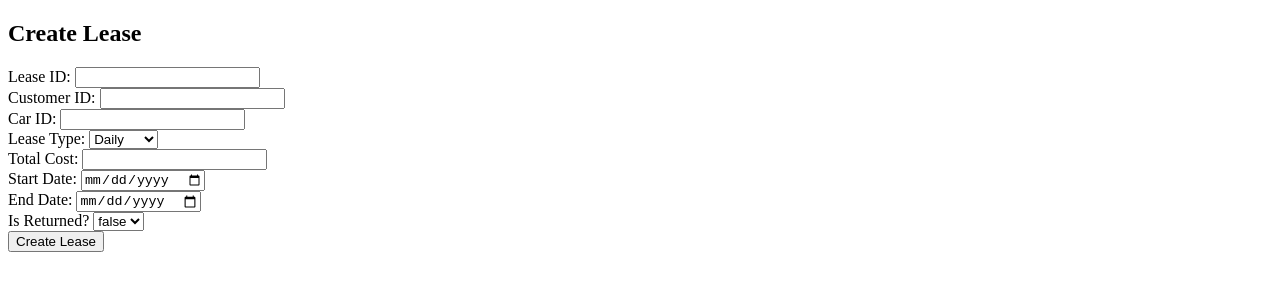
Repository: NirmalyaSatapathy/NirmalyaSatapathyProjects
Page: CarRental/CarRental/src/main/webapp/createLease.html
These files come from the project's save history. The page is drawn as it stood at one moment and after the next save; the edit follows.
The browser window is 1280 px wide. The pictures show the whole page.

Above is the page before, as saved 2025-05-04 19:09:39.

### CarRental/CarRental/src/main/webapp/createLease.html
<!DOCTYPE html>
<html>
<head>
<meta charset="UTF-8">
<title>Insert title here</title>
</head>
<body>
	<h2>Create Lease</h2>
    <form action="CreateLease" method="post">
     <label for="leaseId">Lease ID:</label>
        <input type="number" id="leaseId" name="leaseId" required><br>
        <label for="customerId">Customer ID:</label>
        <input type="number" id="customerId" name="customerId" required><br>

        <label for="carId">Car ID:</label>
        <input type="number" id="carId" name="carId" required><br>

        <label for="type">Lease Type:</label>
        <select id="type" name="type" required><br>
            <option value="daily">Daily</option>
            <option value="monthly">Monthly</option>
        </select><br>
        <label for="cost">Total Cost:</label>
        <input type="number" step="0.01" id="cost" name="cost" required><br>

        <label for="startDate">Start Date:</label>
        <input type="date" id="startDate" name="startDate" required><br>

        <label for="endDate">End Date:</label>
        <input type="date" id="endDate" name="endDate" required><br>

        <label for="isReturned">Is Returned?</label>
        <select id="isReturned" name="isReturned" required>
            <option value="false">false</option>
            <option value="true">true</option>
        </select><br>

        <button type="submit">Create Lease</button>
    </form>
</body>
</html>

After the next save:
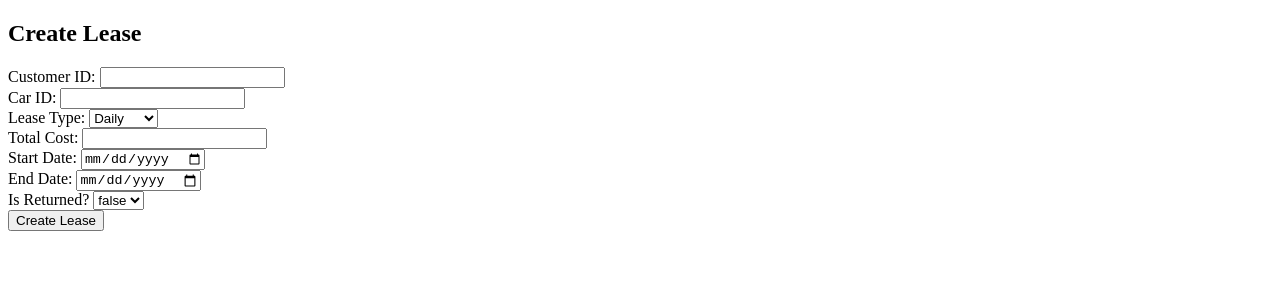
Saved 21 s later.
--- a/CarRental/CarRental/src/main/webapp/createLease.html
+++ b/CarRental/CarRental/src/main/webapp/createLease.html
@@ -7,8 +7,7 @@
 <body>
 	<h2>Create Lease</h2>
     <form action="CreateLease" method="post">
-     <label for="leaseId">Lease ID:</label>
-        <input type="number" id="leaseId" name="leaseId" required><br>
+
         <label for="customerId">Customer ID:</label>
         <input type="number" id="customerId" name="customerId" required><br>
 
